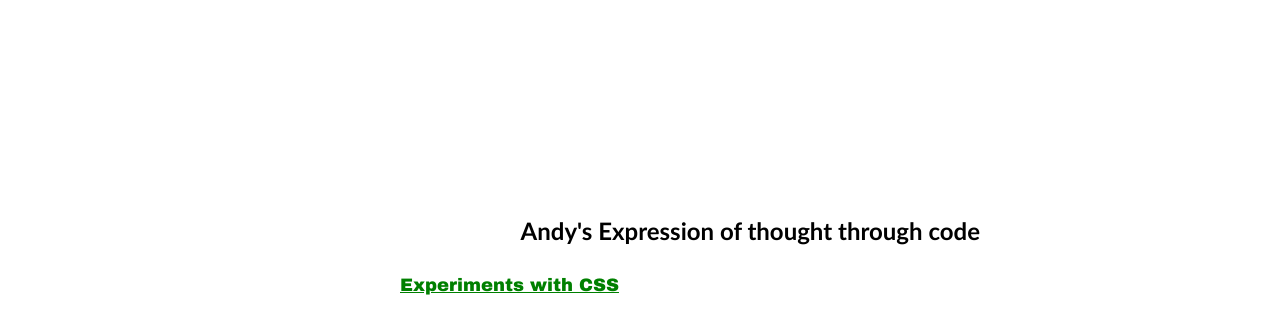
Repository: jasonagus/jasonagus.github.io
Page: index.html
The author's editor kept a record of every edit. The page is drawn from the files as they stood at one moment, then again after the next edit.
The browser window is 1280 px wide. The pictures show the whole page.

Above is the page before.

### index.html
<!DOCTYPE html>
<html>
<head>
<title>Andy's Homepage</title>
<link rel="stylesheet" type="text/css" href="style.css">
</head>

<body>

<h1>Andy's Expression of thought through code</h1>
<a href = "cssexperiments/composition1">Experiments with CSS</a>

</body>

</html>

### style.css
h1 {
    color: Dark Green;
    font-family:gill sans;
    font-size: 24px;
    position: absolute;
    top:200px;
    right:300px;
}

a {
    color: green;
    font-family: arial black;
    position: absolute;
    top:275px;
    left: 400px;
    font-size: 18px;

}

After the next edit:
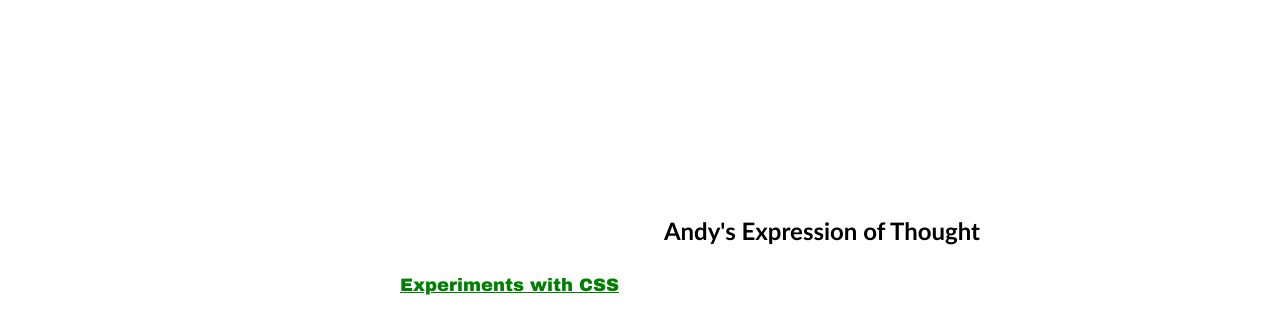
The edit:
--- a/index.html
+++ b/index.html
@@ -7,7 +7,7 @@
 
 <body>
 
-<h1>Andy's Expression of thought through code</h1>
+<h1>Andy's Expression of Thought</h1>
 <a href = "cssexperiments/composition1">Experiments with CSS</a>
 
 </body>
